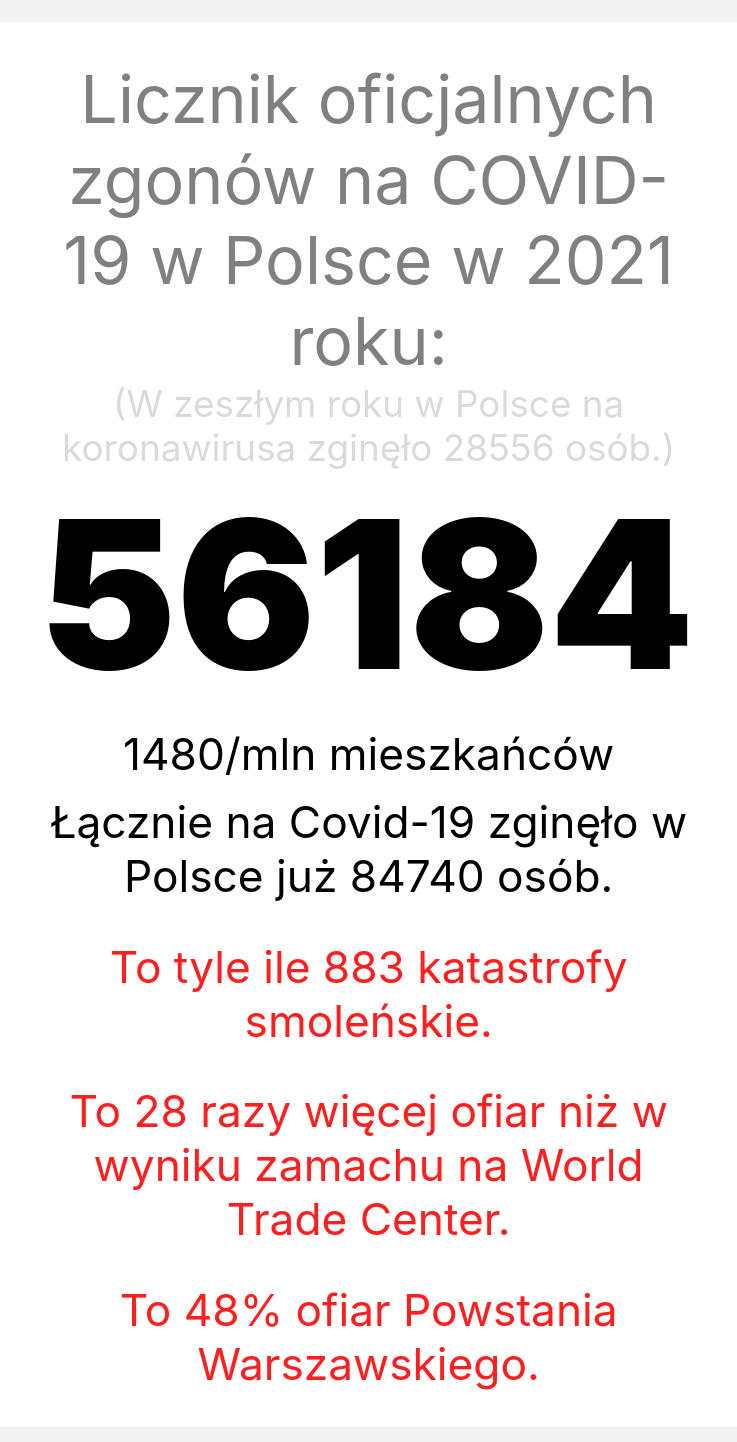
Repository: michalgornicki/poland-covid
Page: /
An editor plug-in stored every save of this project. The page is shown before and after the next save, followed by the edit.
The browser window is 768 px wide. The pictures show the whole page, at 96% of full size.
The project was rebuilt for these pictures with package versions that can differ from the ones it lists, and the page was loaded fresh each time.

Above is the page before, as saved 2021-12-04 19:54:41.

After the next save:
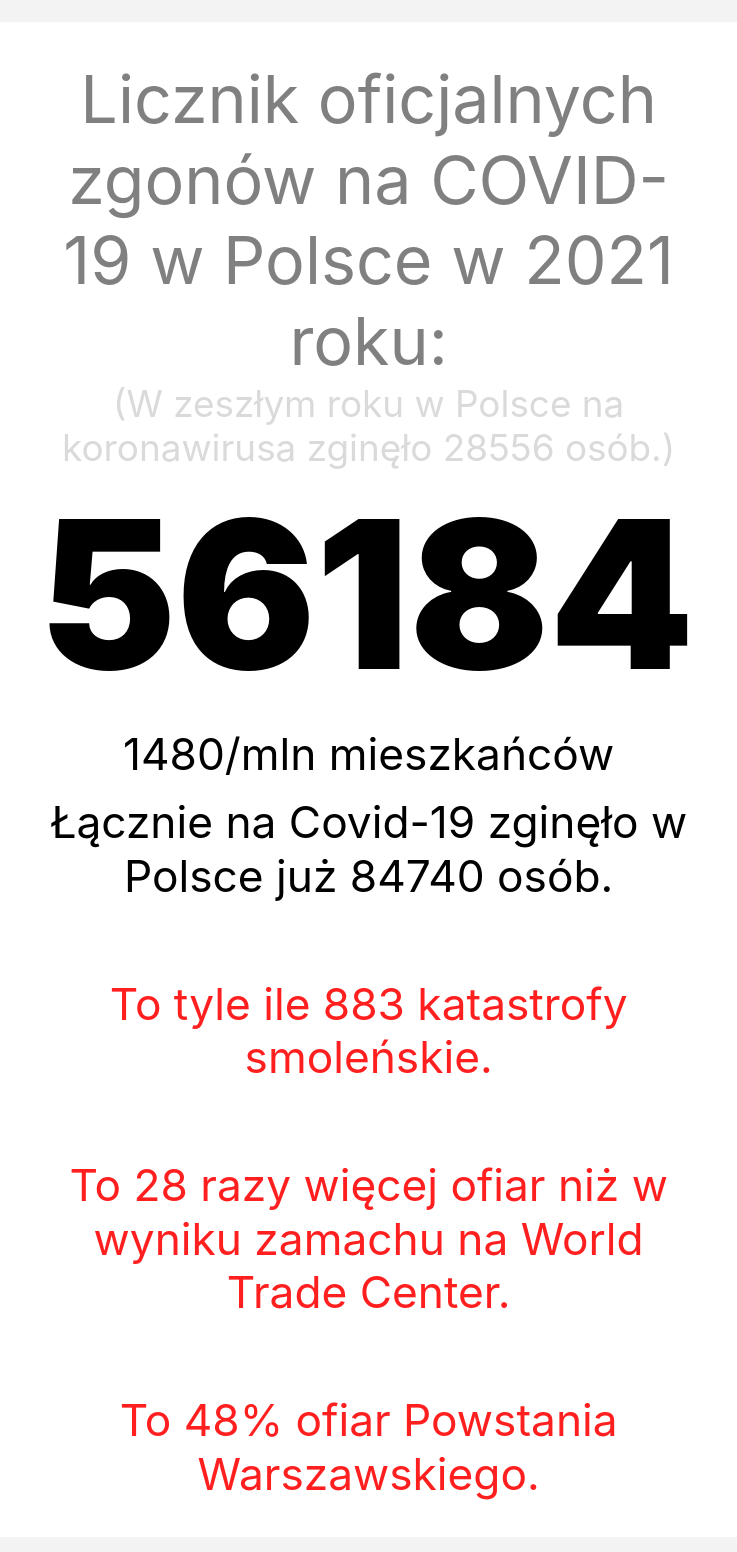
Saved 5 s later.
--- a/src/App.css
+++ b/src/App.css
@@ -130,7 +130,7 @@ body{
         font-size: 6vmin;
         display: block;
         margin: auto;
-        margin-top: 5vmin;
+        margin-top: 10vmin;
         width: fit-content;
         text-align: center;
         color: rgb(255, 31, 31);
